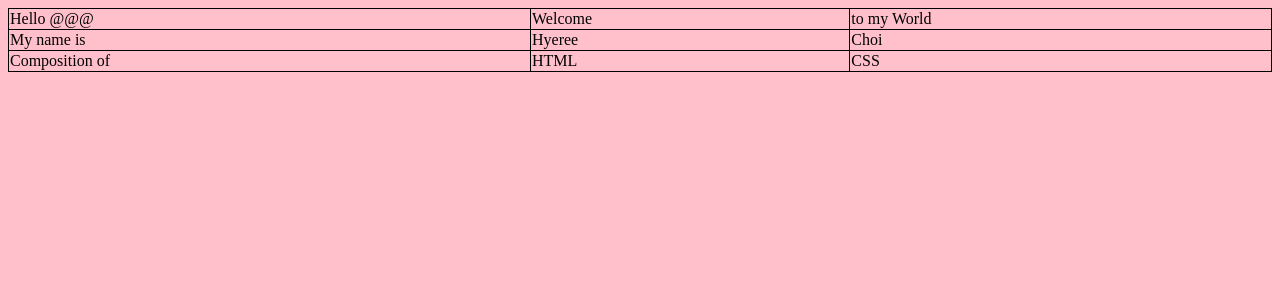
Repository: hyereechoi/hyereechoi.github.io
Page: page2.html
The author's editor kept a record of every edit. The page is drawn from the files as they stood at one moment, then again after the next edit.
The browser window is 1280 px wide. The pictures show the whole page.

Above is the page before.

After the next edit:
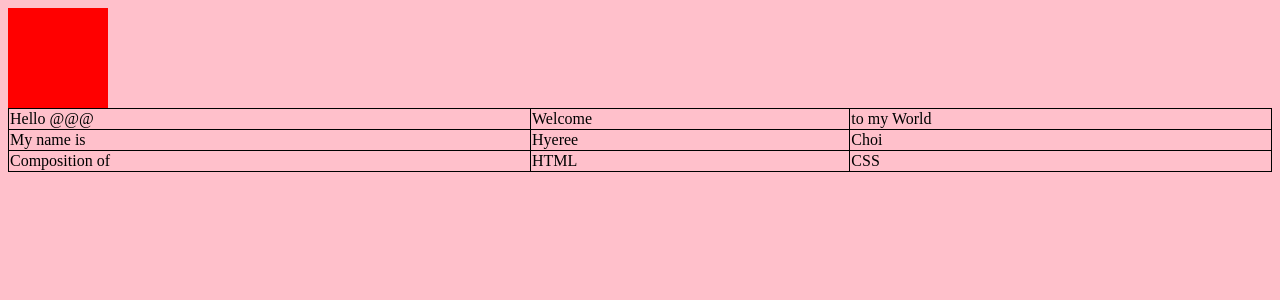
The edit:
--- a/page2.html
+++ b/page2.html
@@ -1,3 +1,28 @@
+<!DOCTYPE html>
+<html>
+<head>
+<style>
+div {
+    width: 100px;
+    height: 100px;
+    background: red;
+    -webkit-transition: width 2s; /* For Safari 3.1 to 6.0 */
+    transition: width 2s;
+}
+
+div:hover {
+    width: 300px;
+}
+</style>
+</head>
+<body>
+
+<div></div>
+
+
+</body>
+</html>
+
 <!DOCTYPE html>
 <html>
 
